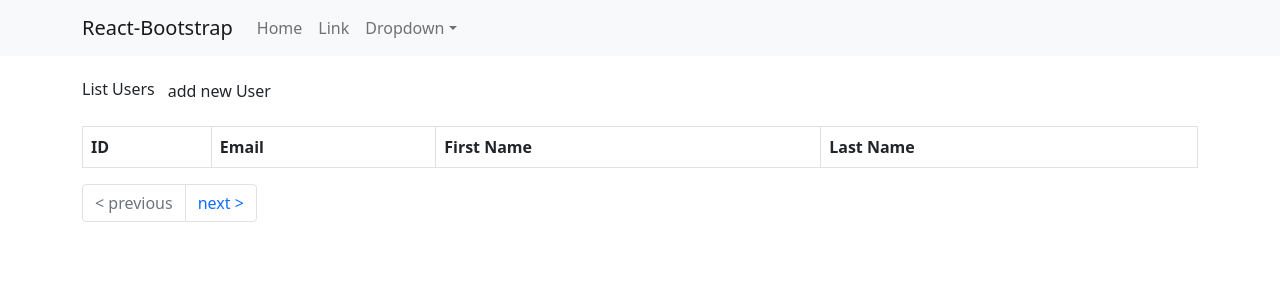
Repository: hieuche123/practice-reactjs
Page: /
The author's editor kept a copy of each file at every save. The page is drawn from the files as they stood at one save, then again after the next save.
The browser window is 1280 px wide. The pictures show the whole page.
The page's requests for data from a server got no answer. The project was rebuilt for these pictures with package versions that can differ from the ones it lists, and the page was loaded fresh each time. No one was signed in, and anything a server would have sent is missing.

Above is the page before, as saved 2023-03-21 21:28:24.

### src/index.js
import React from 'react';
import ReactDOM from 'react-dom';
import App from './App';
import 'bootstrap/dist/css/bootstrap.min.css';

ReactDOM.render(
  <React.StrictMode>
    <App />
  </React.StrictMode>,
  document.getElementById('root')
);

// If you want to start measuring performance in your app, pass a function
// to log results (for example: reportWebVitals(console.log))
// or send to an analytics endpoint. Learn more: https://bit.ly/CRA-vitals

### src/App.js

import { Container } from 'react-bootstrap';
import './App.scss';
import Header from './components/Header';
import TableUsers from './components/TableUsers';

function App() {
  return (
    <div className="app-container">
      <Header/>
      <Container>
        <div className='my-3'>
          List Users
          <button className='btn'>add new User</button>
        </div>
        <TableUsers/>
      </Container>
    </div>
  );
}

export default App;

### src/components/Header.js
import Container from 'react-bootstrap/Container';
import Nav from 'react-bootstrap/Nav';
import Navbar from 'react-bootstrap/Navbar';
import NavDropdown from 'react-bootstrap/NavDropdown';
function Header() {
    return (
        <>
            <Navbar bg="light" expand="lg">
                <Container>
                    <Navbar.Brand href="#home">React-Bootstrap</Navbar.Brand>
                    <Navbar.Toggle aria-controls="basic-navbar-nav" />
                    <Navbar.Collapse id="basic-navbar-nav">
                    <Nav className="me-auto">
                        <Nav.Link href="#home">Home</Nav.Link>
                        <Nav.Link href="#link">Link</Nav.Link>
                        <NavDropdown title="Dropdown" id="basic-nav-dropdown">
                        <NavDropdown.Item href="#action/3.1">Action</NavDropdown.Item>
                        <NavDropdown.Item href="#action/3.2">
                            Another action
                        </NavDropdown.Item>
                        <NavDropdown.Item href="#action/3.3">Something</NavDropdown.Item>
                        <NavDropdown.Divider />
                        <NavDropdown.Item href="#action/3.4">
                            Separated link
                        </NavDropdown.Item>
                        </NavDropdown>
                    </Nav>
                    </Navbar.Collapse>
                </Container>
            </Navbar>
        </>
    );
}

export default Header;

### src/components/TableUsers.js
import axios from 'axios';
import { useEffect, useState } from 'react';
import Table from 'react-bootstrap/Table';
import {fetchAllUser} from '../sevices/UserSevice'
import ReactPaginate from 'react-paginate';
function TableUsers(props) {
    const [listUsers, setListUsers] = useState([]);
    const [totalUsers, setTotalUsers] = useState(0);
    const [totalPages, setTotalPages] = useState(0);

    useEffect(()=> {
        getUsers(1);
    },[])

    const getUsers = async(page) => {
        let res = await fetchAllUser(page);
        if(res && res.data) {
            setListUsers(res.data);
            setTotalUsers(res.total);
            setTotalPages(res.total_pages);
            console.log(res.data)
        }
        console.log(res)
    }

    const handlePageClick = (event) => {
        getUsers(+event.selected + 1);

      };

    return (
        <>
            <Table striped bordered hover>
                <thead>
                    <tr>
                    <th>ID</th>
                    <th>Email</th>
                    <th>First Name</th>
                    <th>Last Name</th>
                    </tr>
                </thead>
                <tbody>
                    {listUsers && listUsers.length > 0 &&
                        listUsers.map((item, index) => {
                            return (
                                <tr key={item.id}>
                                    <th>{item.id}</th>
                                    <th>{item.email}</th>
                                    <th>{item.first_name}</th>
                                    <th>{item.last_name}</th>
                                </tr>
                            )
                        })

                    }
                </tbody>
            </Table>
            <ReactPaginate
                breakLabel="..."
                nextLabel="next >"
                onPageChange={handlePageClick}
                pageRangeDisplayed={5}
                pageCount={totalPages}
                previousLabel="< previous"

                pageClassName='page-item'
                pageLinkClassName='page-link'
                previousClassName='page-item'
                previousLinkClassName='page-link'
                nextClassName='page-item'
                nextLinkClassName='page-link'
                breakClassName='page-item'
                breakLinkClassName='page-link'
                containerClassName='pagination'
                activeClassName='active'
            />


        </>
    );
}

export default TableUsers;

### src/sevices/UserSevice.js
import axios from './CustomizeAxios';

const fetchAllUser = (page) => {
    return axios.get(`/api/users?page=${page}`)
}



export {fetchAllUser};

### src/sevices/CustomizeAxios.js
import axios from "axios";

const instance = axios.create({
    baseURL: 'https://reqres.in'
})

// Add a response interceptor
instance.interceptors.response.use(function (response) {
    // Any status code that lie within the range of 2xx cause this function to trigger
    // Do something with response data
    return response.data;
  }, function (error) {
    // Any status codes that falls outside the range of 2xx cause this function to trigger
    // Do something with response error
    return Promise.reject(error);
  });
export default instance;

Loaded but not shown: public/index.html (common file); src/App.scss (common file)

After the next save:
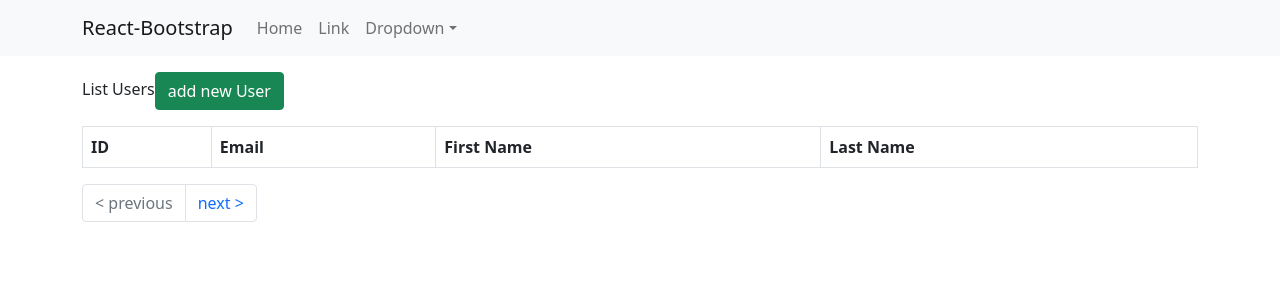
Saved 4 min 22 s later.
--- a/src/App.js
+++ b/src/App.js
@@ -11,7 +11,7 @@ function App() {
       <Container>
         <div className='my-3'>
           List Users
-          <button className='btn'>add new User</button>
+          <button className='btn btn-success'>add new User</button>
         </div>
         <TableUsers/>
       </Container>
